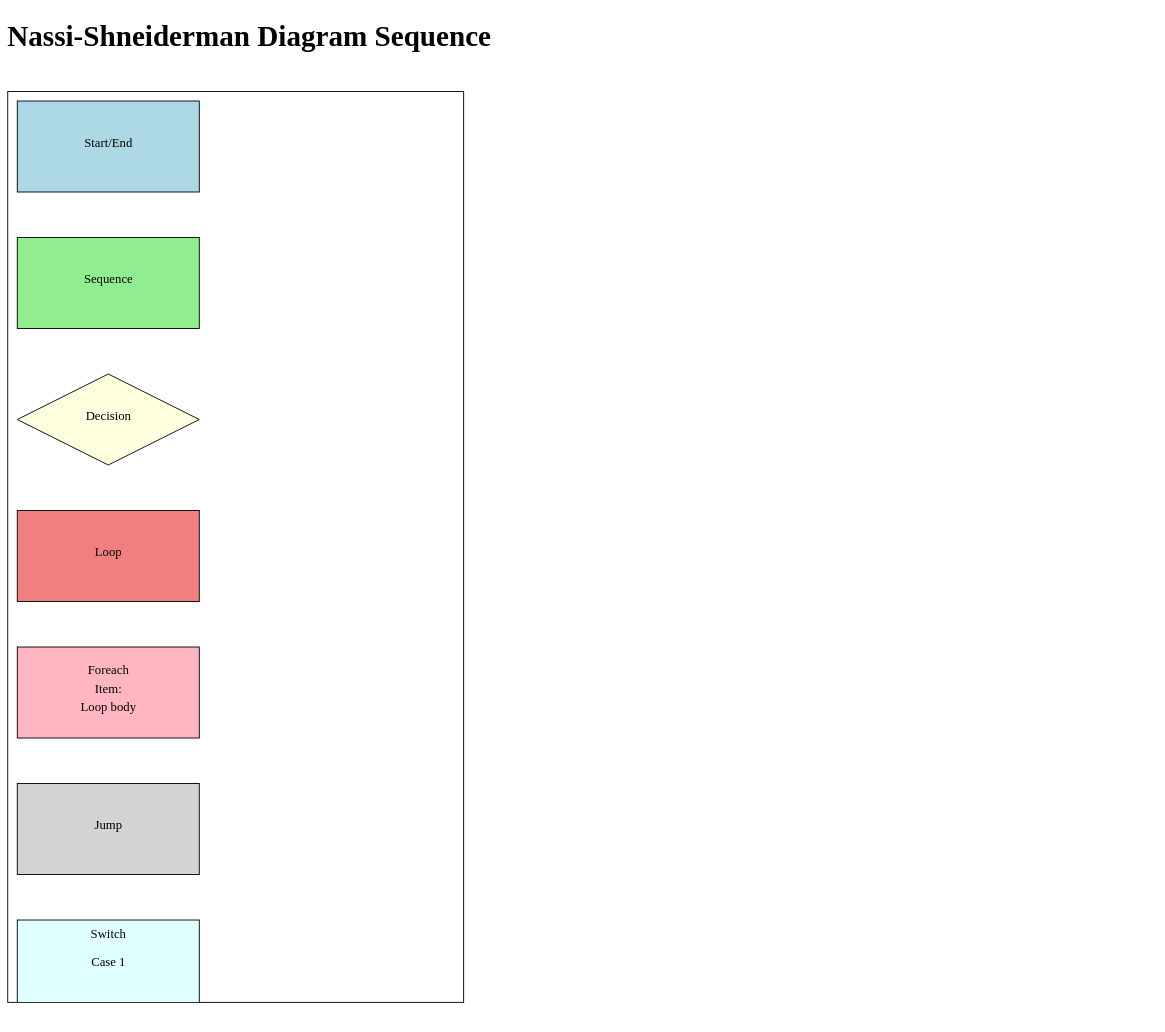
Repository: fabsch225/Nassi-Shneiderman-Compiler
Page: demo.html
An editor plug-in stored every save of this project. The page is shown before and after the next save, followed by the edit.
The browser window is 1280 px wide. The pictures show the whole page, at 91% of full size.

Above is the page before, as saved 2024-05-15 21:30:36.

After the next save:
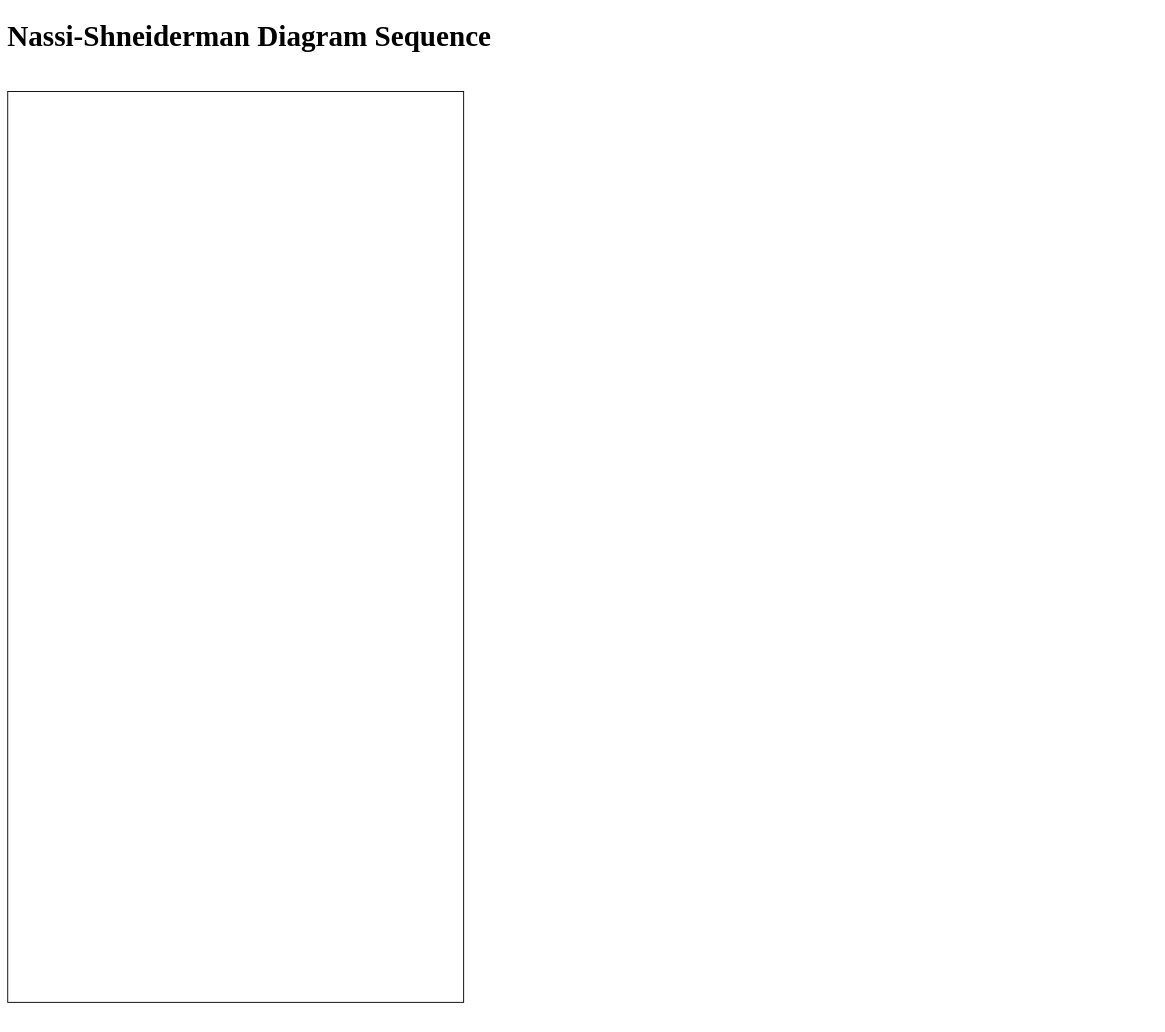
Console error: ReferenceError: createSwitchCaseBlock is not defined
Saved 47 s later.
--- a/demo.html
+++ b/demo.html
@@ -16,57 +16,10 @@
 <body>
 <h1>Nassi-Shneiderman Diagram Sequence</h1>
 <svg id="canvas" ></svg>
+<script>
 
+</script>
 <script>
-    function createStartEndBlock(x, y, width, height) {
-        return `<rect x="${x}" y="${y}" width="${width}" height="${height}" stroke="black" fill="lightblue" />
-                <text x="${x + width / 2}" y="${y + height / 2}" font-size="14px" fill="black" text-anchor="middle">Start/End</text>`;
-    }
-
-    function createSequenceBlock(x, y, width, height) {
-        return `<rect x="${x}" y="${y}" width="${width}" height="${height}" stroke="black" fill="lightgreen" />
-                <text x="${x + width / 2}" y="${y + height / 2}" font-size="14px" fill="black" text-anchor="middle">Sequence</text>`;
-    }
-
-    function createDecisionBlock(x, y, width, height) {
-        return `<polygon points="${x},${y + height / 2} ${x + width / 2},${y} ${x + width},${y + height / 2} ${x + width / 2},${y + height}" stroke="black" fill="lightyellow" />
-                <text x="${x + width / 2}" y="${y + height / 2}" font-size="14px" fill="black" text-anchor="middle">Decision</text>`;
-    }
-
-    function createLoopBlock(x, y, width, height) {
-        return `<rect x="${x}" y="${y}" width="${width}" height="${height}" stroke="black" fill="lightcoral" />
-                <text x="${x + width / 2}" y="${y + height / 2}" font-size="14px" fill="black" text-anchor="middle">Loop</text>`;
-    }
-
-    function createForeachBlock(x, y, width, height) {
-        const textX = x + width / 2;
-        const textY = y + height / 2;
-        const lineHeight = 20;
-        const textIndent = 10;
-
-        return `<rect x="${x}" y="${y}" width="${width}" height="${height}" stroke="black" fill="lightpink" />
-                <text x="${textX}" y="${textY - lineHeight}" font-size="14px" fill="black" text-anchor="middle">Foreach</text>
-                <text x="${textX}" y="${textY}" font-size="14px" fill="black" text-anchor="middle">Item:</text>
-                <text x="${textX}" y="${textY + lineHeight}" font-size="14px" fill="black" text-anchor="middle" style="text-indent: ${textIndent}px;">Loop body</text>`;
-    }
-
-    function createJumpBlock(x, y, width, height) {
-        return `<rect x="${x}" y="${y}" width="${width}" height="${height}" stroke="black" fill="lightgrey" />
-                <text x="${x + width / 2}" y="${y + height / 2}" font-size="14px" fill="black" text-anchor="middle">Jump</text>`;
-    }
-
-    function createSwitchCaseBlock(x, y, width, height, cases) {
-        const caseHeight = height / (cases.length + 1);
-        let switchCaseSVG = `<rect x="${x}" y="${y}" width="${width}" height="${height}" stroke="black" fill="lightcyan" />`;
-
-        cases.forEach((item, index) => {
-            const caseY = y + caseHeight * (index + 1);
-            switchCaseSVG += `<text x="${x + width / 2}" y="${caseY}" font-size="14px" fill="black" text-anchor="middle">${item}</text>`;
-        });
-
-        switchCaseSVG += `<text x="${x + width / 2}" y="${y + 20}" font-size="14px" fill="black" text-anchor="middle">Switch</text>`;
-        return switchCaseSVG;
-    }
 
     var svgContainer = document.getElementById('canvas');
     const blockWidth = 200;
@@ -74,31 +27,7 @@
     const gap = 50;
     let currentY = 10;
 
-    // Create Start/End Block
-    svgContainer.innerHTML += createStartEndBlock(10, currentY, blockWidth, blockHeight);
-    currentY += blockHeight + gap;
 
-    // Create Sequence Block
-    svgContainer.innerHTML += createSequenceBlock(10, currentY, blockWidth, blockHeight);
-    currentY += blockHeight + gap;
-
-    // Create Decision Block
-    svgContainer.innerHTML += createDecisionBlock(10, currentY, blockWidth, blockHeight);
-    currentY += blockHeight + gap;
-
-    // Create Loop Block
-    svgContainer.innerHTML += createLoopBlock(10, currentY, blockWidth, blockHeight);
-    currentY += blockHeight + gap;
-
-    // Create Foreach Block
-    svgContainer.innerHTML += createForeachBlock(10, currentY, blockWidth, blockHeight);
-    currentY += blockHeight + gap;
-
-    // Create Jump Block
-    svgContainer.innerHTML += createJumpBlock(10, currentY, blockWidth, blockHeight);
-    currentY += blockHeight + gap;
-
-    // Create Switch Case Block
     svgContainer.innerHTML += createSwitchCaseBlock(10, currentY, blockWidth, blockHeight * 2, ['Case 1', 'Case 2', 'Case 3']);
 
 </script>
